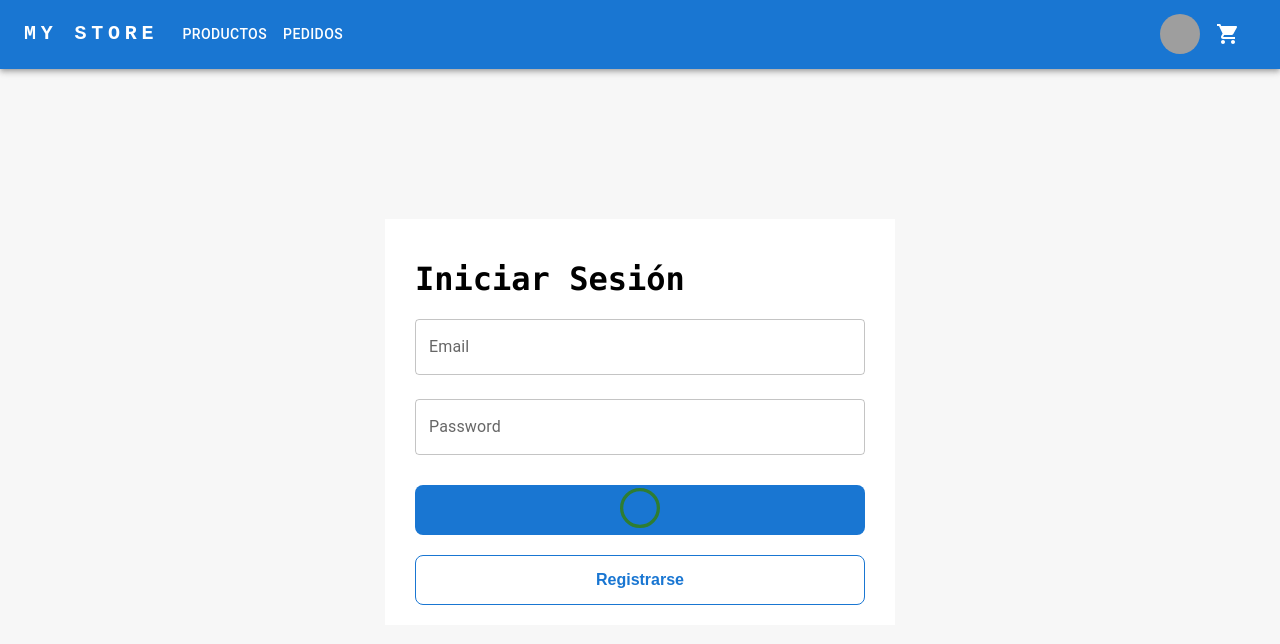
Repository: DanielBorussia/front-my-store
Page: /login
The author's editor kept a copy of each file at every save. The page is drawn from the files as they stood at one save, then again after the next save.
The browser window is 1280 px wide. The pictures show the whole page.
Pictures or frames that could not be fetched are drawn as grey boxes. The project was rebuilt for these pictures with package versions that can differ from the ones it lists, and the page was loaded fresh each time. Also part of the build but not shown: src/shared/Utils.js, src/components/OrderItem.js, src/containers/MyOrderPreview.js, src/components/ProductItem.js, src/shared/Services/Products.js, src/hooks/useGetProducts.js, src/shared/Components/Loading.js, src/containers/ProductList.js and 4 more.

Above is the page before, as saved 2023-07-03 00:55:05.

### src/index.js
import React from 'react';
import ReactDOM from 'react-dom/client';
import './index.css';
import App from './routes/App';
import reportWebVitals from './reportWebVitals';

const root = ReactDOM.createRoot(document.getElementById('root'));
root.render(
  <React.StrictMode>
    <App />
  </React.StrictMode>
);

// If you want to start measuring performance in your app, pass a function
// to log results (for example: reportWebVitals(console.log))
// or send to an analytics endpoint. Learn more: https://bit.ly/CRA-vitals
reportWebVitals();

### src/index.css
body {
  margin: 0;
  -webkit-font-smoothing: antialiased;
  -moz-osx-font-smoothing: grayscale;
  font-family: source-code-pro, Menlo, Monaco, Consolas, "Courier New",
  monospace;
}

### src/routes/App.js
import React from 'react';
import { BrowserRouter, Routes, Route } from 'react-router-dom';
import useInitialState from '../hooks/useInitialState';
import AppContext from '../context/AppContext';
import Layout from '../containers/Layout';
import Home from '../pages/Home';
import ShoppingList from '../containers/ShoppingList';
import LoginPage from '../pages/LoginPage';
import '../styles/Global.scss';
import { Provider } from 'react-redux';
import store from '../store';


const App = () => {
    const initialState = useInitialState();
    return (
        //encapsular la aplicacion para compartir la informacion
        <Provider store={store}>
        <AppContext.Provider value={initialState}>
        <BrowserRouter>
            <Layout>
            <Routes>
                <Route exact path="/" element={<Home/>} />
                <Route exact path="/products" element={<Home/>} />
                <Route exact path="/orderList" element={<ShoppingList/>} />
                <Route exact path="/login" element={<LoginPage/>} />
            </Routes>
            </Layout>
        </BrowserRouter>
        </AppContext.Provider>
        </Provider>
    );
}

export default App;

### src/hooks/useInitialState.js
import { useState } from 'react';

const initialState = {
    cart: [],
}

const useInitialState = () => {
    const [state, setState] = useState(initialState);

    const addToCart = (payload) => {
        setState({
            ...state,
            cart: [...state.cart, payload]
        });
    };

    const removeFromCart = (payload) => {
        setState({
            ...state,
            cart: state.cart.filter(item => item.id != payload.id),
        })
    }

    return {
        state,
        addToCart,
        removeFromCart
    }
}

export default useInitialState;

### src/containers/Layout.js
import React from 'react';
import Header from '../components/Header';
import './../styles/Layout.scss';

const Layout = ({ children }) => {
	return (
		<div className="Layout">
			<Header />
			<div className='Content'>
				{children}
			</div>
		</div>
	);
}

export default Layout;

### src/pages/LoginPage.js
import React from 'react';
import Login from '../components/Login';

const LoginPage = () => {
    return (
        <Login />
    );
}

export default LoginPage;

### src/styles/Global.scss
.button__primary {
	background-color: var(--primary);
	border-radius: 8px;
	border: none;
	color: var(--white);
	width: 100%;
	cursor: pointer;
	font-size: var(--md);
	font-weight: bold;
	height: 50px;
}
.button__secondary {
	background-color: var(--white);
	border-radius: 8px;
	border: 1px solid var(--primary);
	color: var(--primary);
	width: 100%;
	cursor: pointer;
	font-size: var(--md);
	font-weight: bold;
	height: 50px;
}

### src/store/index.js
import { configureStore } from '@reduxjs/toolkit'
import { combineReducers } from 'redux';
import auth from "../modules";

const reducer = combineReducers({
  auth
})
const store = configureStore({
  reducer,
})
export default store;

### src/components/Header.js
import React, { useContext, useState } from 'react';
// UI
import AppBar from '@mui/material/AppBar';
import Box from '@mui/material/Box';
import Toolbar from '@mui/material/Toolbar';
import IconButton from '@mui/material/IconButton';
import Typography from '@mui/material/Typography';
import Menu from '@mui/material/Menu';
import MenuIcon from '@mui/icons-material/Menu';
import Container from '@mui/material/Container';
import Avatar from '@mui/material/Avatar';
import Button from '@mui/material/Button';
import Tooltip from '@mui/material/Tooltip';
import MenuItem from '@mui/material/MenuItem';
import AdbIcon from '@mui/icons-material/Adb';
import ShoppingCartIcon from '@mui/icons-material/ShoppingCart';
import AppContext from '../context/AppContext';
import MyOrderPreview from '../containers/MyOrderPreview';
import { Link } from '@mui/material';

const pages = ['Productos', 'Pedidos'];
const settings = ['Perfil', 'Mis Pedidos', 'Salir'];

const Header = () => {

    const [anchorElNav, setAnchorElNav] = useState(null);
    const [anchorElUser, setAnchorElUser] = useState(null);
    const [toggleOrderPreview, setToggleOrderPreview] = useState(false);

    const handleOpenNavMenu = (event) => {
        setAnchorElNav(event.currentTarget);
    };

    const handleOpenUserMenu = (event) => {
        setAnchorElUser(event.currentTarget);
    };

    const handleCloseNavMenu = () => {
        setAnchorElNav(null);
    };

    const handleCloseUserMenu = () => {
        setAnchorElUser(null);
    };


    return (
    <AppBar position="static">
      <Container maxWidth="xl">
        <Toolbar disableGutters>
            {/* Logo */}
            <Typography
              variant="h6"
              noWrap
              component="a"
              href="/"
              sx={{
                mr: 2,
                display: { xs: 'none', md: 'flex' },
                fontFamily: 'monospace',
                fontWeight: 700,
                letterSpacing: '.3rem',
                color: 'inherit',
                textDecoration: 'none',
              }}
            >
              MY STORE
            </Typography>


          <Box sx={{ flexGrow: 1, display: { xs: 'flex', md: 'none' } }}>
            <IconButton
              size="large"
              aria-label="account of current user"
              aria-controls="menu-appbar"
              aria-haspopup="true"
              onClick={handleOpenNavMenu}
              color="inherit"
            >
              <MenuIcon />
            </IconButton>
            <Menu
              id="menu-appbar"
              anchorEl={anchorElNav}
              anchorOrigin={{
                vertical: 'bottom',
                horizontal: 'left',
              }}
              keepMounted
              transformOrigin={{
                vertical: 'top',
                horizontal: 'left',
              }}
              open={Boolean(anchorElNav)}
              onClose={handleCloseNavMenu}
              sx={{
                display: { xs: 'block', md: 'none' },
              }}
            >

              <MenuItem>
                <Link href={`/`}>
                  <Typography textAlign="center">Productos</Typography>
                </Link>
              </MenuItem>

            </Menu>
          </Box>
          <AdbIcon sx={{ display: { xs: 'flex', md: 'none' }, mr: 1 }} />

          {/* Logo Mobile */}
          <Typography
            variant="h5"
            noWrap
            component="a"
            href=""
            sx={{
              mr: 2,
              display: { xs: 'flex', md: 'none' },
              flexGrow: 1,
              fontFamily: 'monospace',
              fontWeight: 700,
              letterSpacing: '.3rem',
              color: 'inherit',
              textDecoration: 'none',
            }}
          >
            MY STORE
          </Typography>

          {/* Links */}
          <Box sx={{ flexGrow: 1, display: { xs: 'none', md: 'flex' } }}>
            <Link href='/products'>
              <Button
                sx={{ my: 2, color: 'white', display: 'block' }}
              >
                Productos
              </Button>
            </Link>
            <Link href='/orderList'>
              <Button
                sx={{ my: 2, color: 'white', display: 'block' }}
              >
                Pedidos
              </Button>
            </Link>
          </Box>

          <Box sx={{ flexGrow: 0 }}>
            <Tooltip title="Open settings">
              <IconButton onClick={handleOpenUserMenu} sx={{ p: 0 }}>
                <Avatar alt="Dani Sharp" src="/static/images/avatar/2.jpg" />
              </IconButton>
            </Tooltip>
            <Menu
              sx={{ mt: '45px' }}
              id="menu-appbar"
              anchorEl={anchorElUser}
              anchorOrigin={{
                vertical: 'top',
                horizontal: 'right',
              }}
              keepMounted
              transformOrigin={{
                vertical: 'top',
                horizontal: 'right',
              }}
              open={Boolean(anchorElUser)}
              onClose={handleCloseUserMenu}
            >
              {settings.map((setting) => (
                <MenuItem key={setting} onClick={handleCloseUserMenu}>
                  <Typography textAlign="center">{setting}</Typography>
                </MenuItem>
              ))}
            </Menu>
          </Box>
          <Box sx={{ margin: 2 }}>
            <Tooltip title="Car">
              <IconButton  onClick={() => setToggleOrderPreview(!toggleOrderPreview)} color="inherit" sx={{ p: 0 }}>
               <ShoppingCartIcon />

              </IconButton>
            </Tooltip>
          </Box>
        </Toolbar>
      </Container>
      {toggleOrderPreview && <MyOrderPreview />}
    </AppBar>
  );
}

export default Header;

### src/styles/Layout.scss
.Layout{
    background-color: #f7f7f7;
    height: 100vh;
}

### src/components/Login.js
import React, { useRef, useState } from 'react';
// Styles
import '../styles/Login.scss';
// UI
import { Button, Grid, TextField, Box, Alert, CircularProgress } from '@mui/material';
import { useForm } from 'react-hook-form';
// Services
import { login } from '../shared/Services/Auth';
import { addUser } from '../shared/Services/User';
// Redux
import { bindActionCreators } from "redux";
import { connect } from "react-redux";
import { logIn } from '../modules/auth';

const Login = () => {
	const {
        register,
        formState: { errors } ,
        handleSubmit
    } = useForm();
	const [isLogin, setIsLogin] = useState(true);
	const [loadingLoginForm, setLoadingLoginForm] = useState(true);
	const [messageError, setMessageError] = useState("");

	const handleLoginError = (message) => {
		setMessageError(message);
		setLoadingLoginForm(false);
	  };

	const onSubmit = (data) => {
		/*functionCall = isLogin ? login : addUser;
		functionCall(data)
		.then((res) => {
			if(res && res.token && res.status == 200){
				localStorage.setItem("access_token", res.token);
			}
		});*/
		setLoadingLoginForm(true);
		logIn(data.email, data.user, handleLoginError);
    }

    return (
        <Box className="login">
			<Box className="login__container">
				<h1>{isLogin ? "Iniciar Sesión" : "Crear Cuenta"}</h1>
				<form onSubmit={handleSubmit(onSubmit)}>
					<Grid container spacing={3}>
						{!isLogin && (
							<React.Fragment>
							<Grid item xs={12}>
								<TextField
									sx={{ width: '100%' }}
									label="Nombre Completo"
									variant="outlined"
									{...register('name', { required : true})}
									error={errors?.name}
								/>
							</Grid>
							<Grid item xs={12}>
								<TextField
									sx={{ width: '100%' }}
									label="Celular"
									variant="outlined"
									type="number"
									{...register('phone', { required : true})}
									error={errors?.phone}
								/>
							</Grid>
							</React.Fragment>
						)}
						<Grid item xs={12}>
							<TextField
							  	sx={{ width: '100%' }}
								label="Email"
								variant="outlined"
								{...register('email', { required : true})}
								error={errors?.email}
							/>
						</Grid>
						<Grid item xs={12}>
							<TextField
								sx={{ width: '100%' }}
								type="password"
								label="Password"
								placeholder="*********"
								variant="outlined"
								{...register('password', { required : true})}
								error={errors?.password}
							/>
						</Grid>
					</Grid>
					{messageError && <Alert severity="error">{messageError}</Alert>}
					{isLogin ? (
						<button className="button__primary button__login" type='submit'>
							{loadingLoginForm ? (
								<CircularProgress variant="outlined" color="success" />
							) : (
								"Login"
							)}
						</button>
					) : (
						<button className="button__primary button__login" type='submit'>
							Guardar Usuario
						</button>
					)}

				</form>
				{isLogin ? (
					<button className="button__secondary" onClick={()=> setIsLogin(false)}>
						Registrarse
					</button>
				) : (
					<button className="button__secondary" onClick={() => setIsLogin(true)}>
							Login
					</button>
				)}

			</Box>
		</Box>
    );
}

const mapStateToProps = ({ auth }) => ({
	user: auth.user,
  });

  const mapDispatchToProps = (dispatch) =>
	bindActionCreators({ logIn }, dispatch);

  export default connect(mapStateToProps, mapDispatchToProps)(Login);

### src/modules/index.js
import { combineReducers } from "redux";
import auth from "./auth";

const reducers = () =>
  combineReducers({
    auth
  });

export default reducers;

### src/styles/ProductList.scss
@import 'vars';

.productList {
	display: grid;
	grid-template-columns: repeat(auto-fill, 240px);
	gap: 26px;
	place-content: center;
	margin: 3em 0 0 0;
}

@media (max-width: 640px) {
	.productList {
		grid-template-columns: repeat(auto-fill, 140px);
	}
}

### src/styles/Login.scss
@import 'vars';

.login {
	display: flex;
  	justify-content: center;
	margin: 150px auto;
	.login__container {
		background-color: white;
		padding: 20px 30px;
		width: 450px;
		.form {
			display: flex;
			flex-direction: column;
		}
	}
}


.button__login {
	margin-top: 30px;
	margin-bottom: 20px;
}

@media (max-width: 640px) {
	.login{
		margin: 0px auto;
		.login__container{
			background-color: transparent;
		}
	}
}

### src/shared/Services/Auth.js
import { axiosInstanceMyStore } from "./Instance";

/**
 *
 * @param {*} data
 * @returns user logged in
 */
export const login = (data) => {
    return new Promise((resolve, reject) => {
        axiosInstanceMyStore.post(`/auth`, data)
        .then(( res ) => {
            if (!res || !res.token) {
                reject("Usuario o contraseña inválida");
            }
            localStorage.setItem("access_token", res.token);
            resolve(res.data);
        })
        .catch((error) => {
            reject("Usuario o contraseña inválidas");
        });
    });

};

/**
 *
 * @param
 * @returns user loggout
 */
export const logout = () => {
    return axiosInstanceMyStore.post(`/auth/logout`, );
};

### src/shared/Services/User.js
import { axiosInstanceMyStore } from "./Instance";

/**
 *
 * @param
 * @returns add user
 */
export const addUser = (data) => {
    return axiosInstanceMyStore.get(`/users`, data);
};

### src/modules/auth.js
import { Cookies } from "react-cookie";
import { login } from "../shared/Services/Auth";

export const LOGIN = "auth/LOGIN";
export const LOGOUT = "auth/LOGOUT";

const cookies = new Cookies();
const currentUser = cookies.get("user") || {};


const initialState = {
    user : currentUser,
}

const authModule = (state = initialState, action) => {
    switch (action.type) {
        case LOGIN:
            return {
            ...state,
            ...action.payload
            };

        case LOGOUT:
            return {
              ...state,
              user : {}
            };

        default:
            return state;
    }

}

/**
 * Calls the loginService and executes the given callback
 * @param {string} email user email
 * @param {string} password user password
 * @param {function} onError callback to run after login error
 */
export const logIn = (email, password, onError) => {
    console.log(email);
    login({ email, password })
    .then(({ data }) => {
        console.log(data);
        /*cookies.set("user", data.user, { path: "/" });
        dispatch({
          type: LOGIN,
          payload: {
            ...data.user,
          },
        });*/
    })
    .catch((err) => {
        onError(err);
    });
};

/**
 * Delete the token cookie and logs out the user
 */
export const logOut = () => (dispatch) => {
    cookies.remove("user", { path: "/" });
    localStorage.clear();
    dispatch({
      type: LOGOUT,
    });
  };

export default authModule;

### src/styles/MyOrderPreview.scss
@import 'vars';

.myOrderPreview {
	transition: all 0.25s;
    -webkit-transition: all 0.25s;
	overflow:hidden;
    background: #fff;
	width: 360px;
	height: 100%;
	padding: 24px;
	box-sizing: border-box;
	position: absolute;
	right: 0;
	top: 69px;
	border-radius: 6px;
	bottom: 0;
	z-index: 1;
	border: 1px solid var(--very-light-pink);
    .myOrderPreview__title {
        display: flex;
        font-size: var(--lg);
	    font-weight: bold;
		color: var(--black);
        img {
            margin-right: 14px;
         }
    }
}



.myOrderPreview__resume {
	display: grid;
	grid-template-columns: auto 1fr;
	gap: 16px;
	align-items: center;
	background-color: var(--text-input-field);
	margin-bottom: 24px;
	border-radius: 8px;
	padding: 0 24px;
	color: var(--black);

	.myOrderPreview__resume--label {
		font-size: var(--md);
		font-weight: bold;
	}
	.myOrderPreview__resume--value {
		text-align: end;
		font-weight: bold;
	}
}

.primary-button {
	background-color: var(--hospital-green);
	border-radius: 8px;
	border: none;
	color: var(--white);
	width: 100%;
	cursor: pointer;
	font-size: var(--md);
	font-weight: bold;
	height: 50px;
}
@media (max-width: 640px) {
	.myOrderPreview {
		width: 100%;
	}
}

### src/styles/ProductItem.scss
@import 'vars';

.productItem {
	width: 240px;
	background-color: white;
	border-radius: 20px 20px 0px 0px;
	img {
		width: 240px;
		height: 240px;
		border-radius: 20px 20px 0px 0px;
		object-fit: cover;
		cursor: pointer;
	}
	.productItem__info {
		cursor: pointer;
		display: flex;
		justify-content: space-between;
		align-items: center;
		margin-top: 12px;
		padding: 3px 10px;
		div p:nth-child(1) {
			font-weight: bold;
			font-size: var(--md);
			margin-top: 0;
			margin-bottom: 4px;
		}
		div p:nth-child(2) {
			font-size: var(--sm);
			margin-top: 0;
			margin-bottom: 0;
			color: var(--very-light-pink);
		}
	}
}

@media (max-width: 640px) {

	.productItem {
		width: 150px;
		img {
			width: 150px;
			height: 150px;
		}
		.productItem__info{
			flex-direction: column;
		}
	}
}

### src/styles/_vars.scss
:root {
	--white: #FFFFFF;
	--black: #000000;
	--very-light-pink: #C7C7C7;
	--text-input-field: #F7F7F7;
	--primary: #1976d2;
	--sm: 14px;
	--md: 16px;
	--lg: 18px;
}

### src/shared/Services/Instance.js
import axios from "axios";

export const axiosInstanceMyStore = axios.create({
    baseURL: process.env.REACT_APP_API_MYSTORE_URL,
});

axiosInstanceMyStore.interceptors.response.use(
    (res) => res.data,
    (err) => {
      return new Promise((resolve, reject) => {
        reject(err.response.data);
      });
    }
  );

### src/styles/OrderItem.scss
@import 'vars';

.orderItem {
	display: grid;
	grid-template-columns: auto 1fr auto auto;
	gap: 16px;
	margin-bottom: 24px;
	align-items: center;
    .orderItem__image img{
        width: 70px;
        height: 70px;
        border-radius: 20px;
        object-fit: cover;
    }
    .orderItem__information--title{
        color: var(--very-light-pink);
    }
    .orderItem__information--price{
        font-size: var(--md);
        font-weight: bold;
        color: var(--black);
    }
}

Loaded but not shown: public/index.html (common file); src/reportWebVitals.js (common file); src/context/AppContext.js (common file)

After the next save:
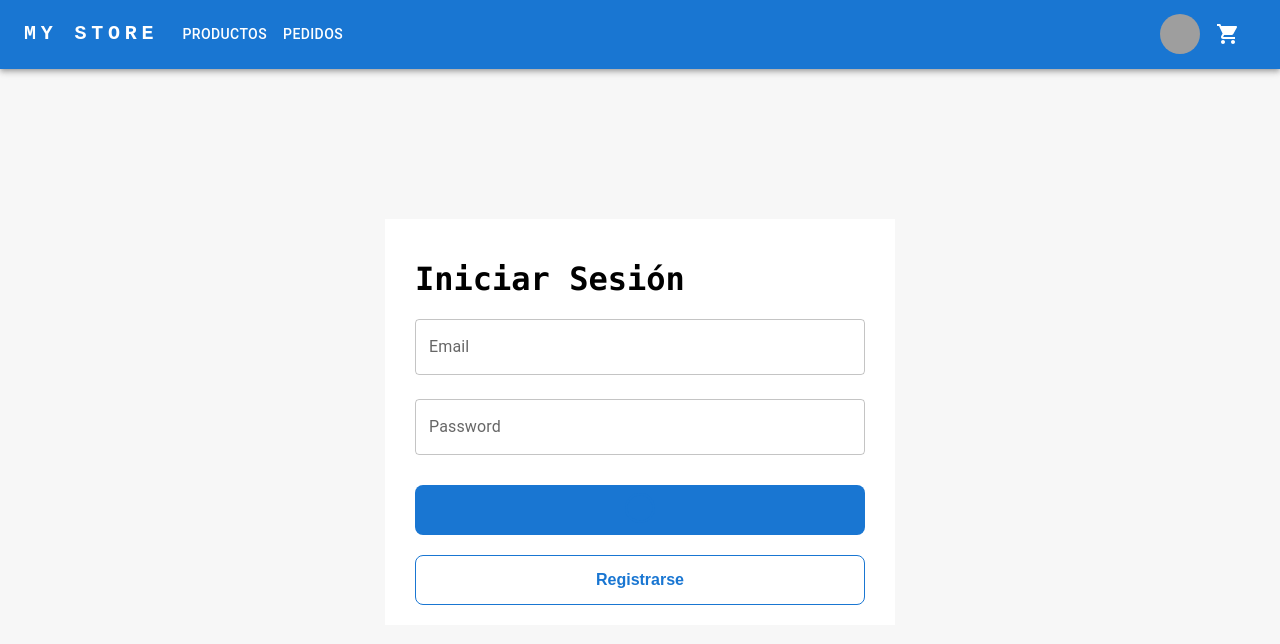
Saved 23 s later.
--- a/src/components/Login.js
+++ b/src/components/Login.js
@@ -93,7 +93,7 @@ const Login = () => {
 					{isLogin ? (
 						<button className="button__primary button__login" type='submit'>
 							{loadingLoginForm ? (
-								<CircularProgress variant="outlined" color="success" />
+								<CircularProgress size={30} variant="outlined" />
 							) : (
 								"Login"
 							)}
